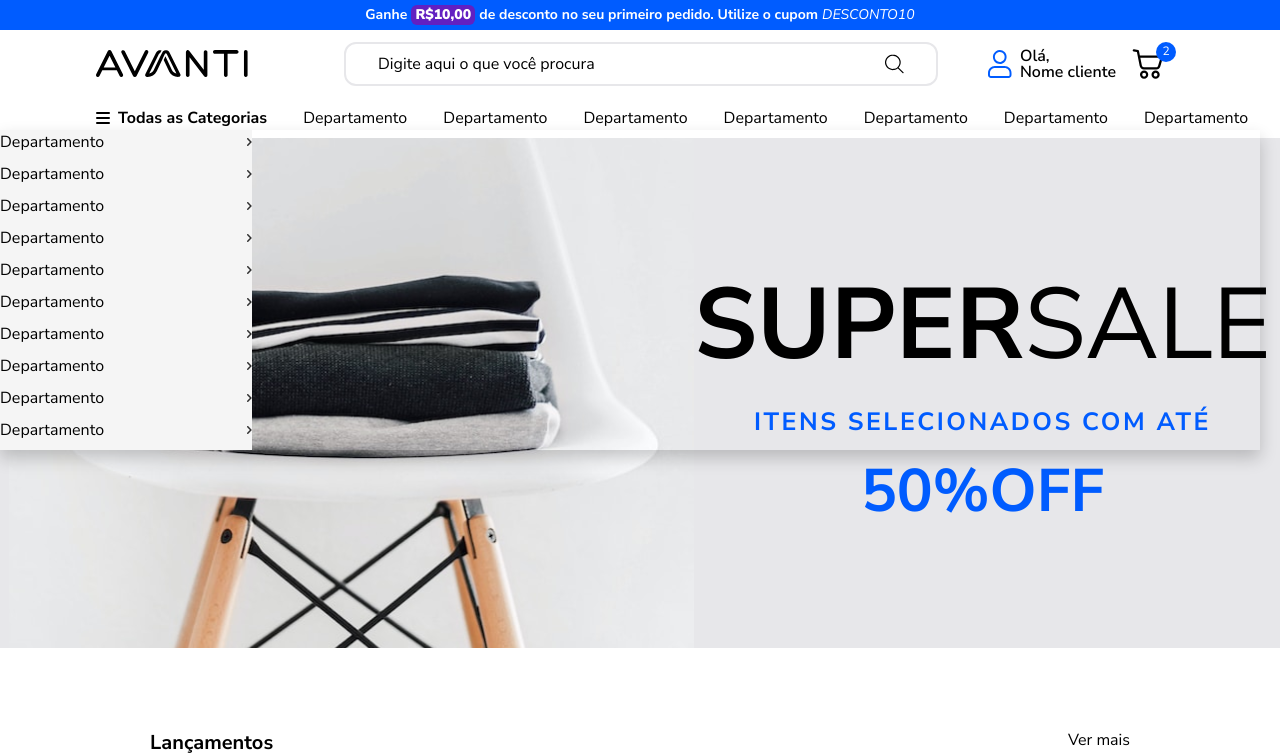
Repository: chidekina/avanti-01
Page: index.html
The author's editor kept a copy of each file at every save. The page is drawn from the files as they stood at one save, then again after a run of saves.
The browser window is 1280 px wide. The pictures show the part of the page from y = 0 to 754 px (the page is 4120 px tall).
A picture or video elsewhere on the page could not be fetched, so the positions and the page height are approximate.

Above is the page before, as saved 2025-04-11 20:03:00.

After the next 2 saves:
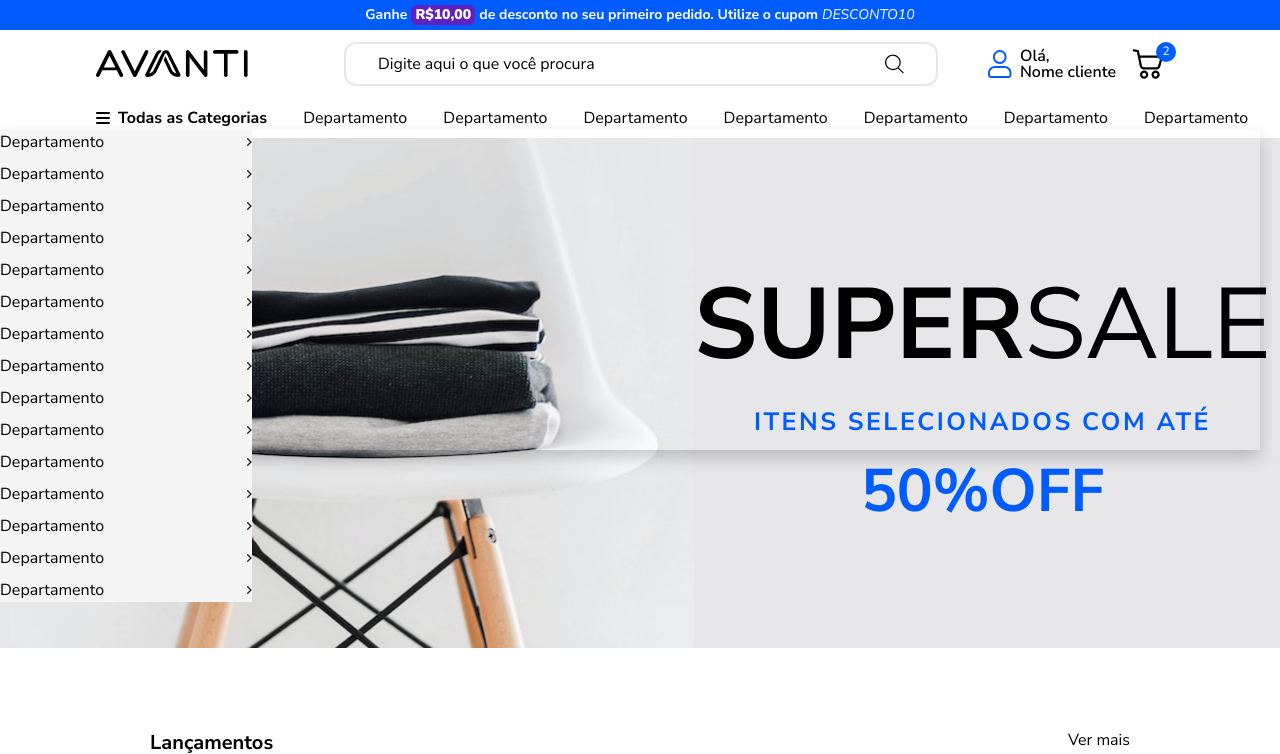
The 2 saves are shown as one change because they came seconds apart.
The last was saved 22 s later.
--- a/index.html
+++ b/index.html
@@ -77,7 +77,7 @@
         </li>
         </ul>
       </div>
-      <div class="flex w-[1260px] h-[320px]" id="dropdown-content">
+      <div class=" mflex w-[1260px] h-[320px]" id="dropdown-content">
         <ul class="flex flex-col gap-2 bg-(--bg-lighter) overflow-y-scroll w-1/5" id="categories-list">
         </ul>
       </div>

After the 2 saves that followed:
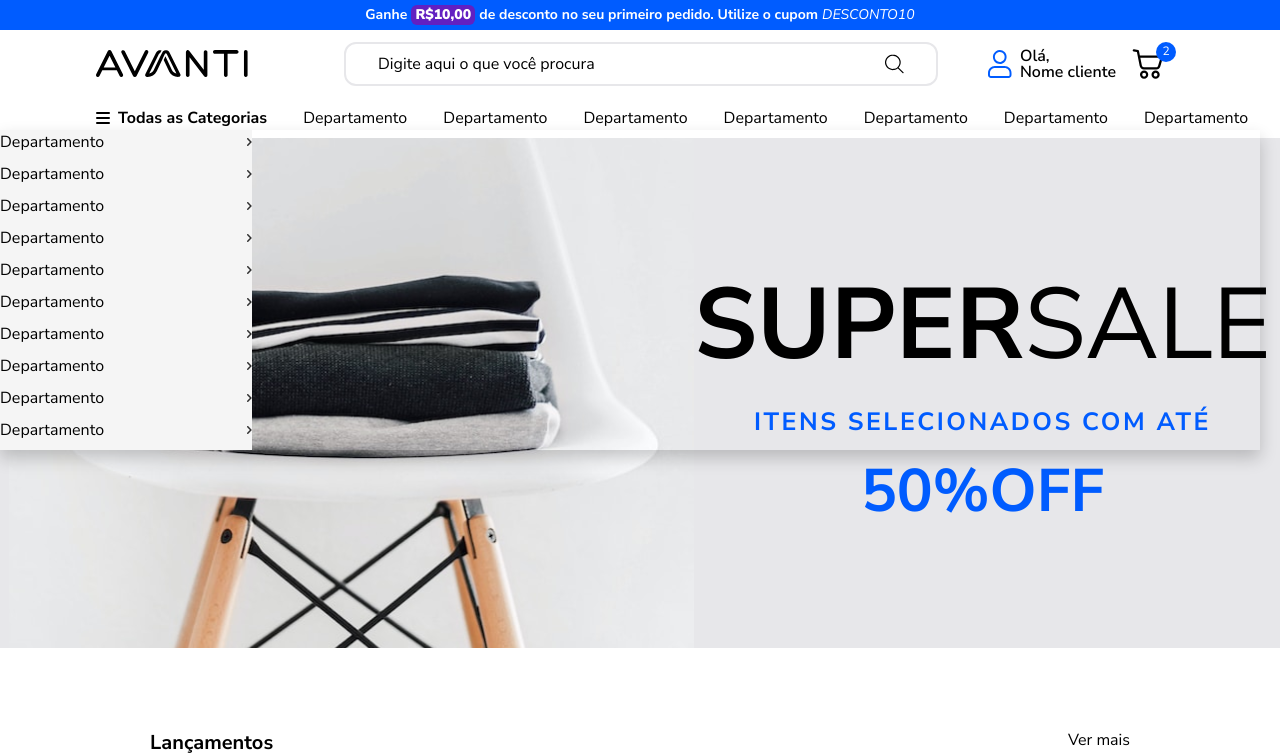
The 2 saves are shown as one change because they came seconds apart.
The last was saved 6 s later.
--- a/index.html
+++ b/index.html
@@ -77,7 +77,7 @@
         </li>
         </ul>
       </div>
-      <div class=" mflex w-[1260px] h-[320px]" id="dropdown-content">
+      <div class=" mx-auto flex w-[1260px] h-[320px]" id="dropdown-content">
         <ul class="flex flex-col gap-2 bg-(--bg-lighter) overflow-y-scroll w-1/5" id="categories-list">
         </ul>
       </div>
